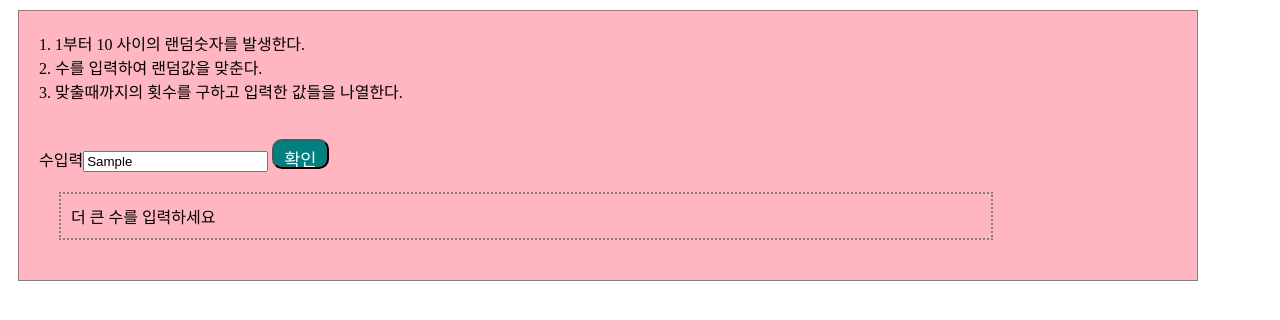
Repository: jeje0130/html
Page: webpro/WebContent/0120/랜덤발생맞추기.html
The author's editor kept a copy of each file at every save. The page is drawn from the files as they stood at one save, then again after the next save.
The browser window is 1280 px wide. The pictures show the whole page.
Empty fields were first filled with sample values (such as "Sample", 5 or name@example.com).
After loading, the first visible `input[onclick="proc1()"]` was clicked once.

Above is the page before, as saved 2021-01-20 02:09:57.

### webpro/WebContent/0120/랜덤발생맞추기.html
<!DOCTYPE html>
<html>
<head>
<meta charset="UTF-8">
<title>Insert title here</title>
<link rel = "stylesheet" href = "../css/public.css">
<script>

rand = Math.floor(Math.random()*10 + 1);
coount = 0;
str = ""; //입력한 수를 나열하기 위한 변수

function proc1() {
		//입력한 값 가져오기
		suvalue = document.getElementById('su').value;

		//출력모양
		res = "";

		//비교
		if(suvalue == rand){
			res += "맞췄습니다";
		}else if(suvalue > rand){
			res += "더 작은수를 입력하세요";
		}else{
			res += "더 큰 수를 입력하세요";
		}

		//출력
		document.getElementById('result1').innerHTML = res;
}
</script>
<style>
</style>
</head>
<body>

<div class="box">
	1. 1부터 10 사이의 랜덤숫자를 발생한다.<br>
	2. 수를 입력하여 랜덤값을 맞춘다.<br>
	3. 맞출때까지의 횟수를 구하고 입력한 값들을 나열한다.<br>
 <br><br>
수입력<input type="text" id="su">
<input type="button" value="확인" onclick="proc1()">

<div id="result1"></div>
</div>
</body>
</html>

### webpro/WebContent/css/public.css
@charset "utf-8";

pre {
	background-color : #FFE3EE;
	font-size : 1.2em;
	white-space: pre-wrap; /* 우측 여백 고정, 넘치는 글자 줄바꿈 */

	/*
	pre : 공백은 그대로, 줄바꿈 X
	pre-wrap : 공백은 그대로, 줄바꿈 O
	pre-line : 공백을 여러개줘도 하나만 표시, 줄바꿈 O
	nowrap : 공백을 여러개줘도 하나만 표시, 줄바꿈 X
	 */
}

div.box{
	width : 90%;
	height: auto;
	margin: 10px;
	padding: 20px;
	border: 1px solid gray;
	background: #FFB6C1;
}

.box input[type = button]{
	width: auto;
	height: 30px;
	background: #008080;
	color : white;
	padding: 5px 10px;
	border-radius : 10px;
	font-size: 1.1em;
}

.box div{
	width : 80%;
	height: auto;
	padding: 10px;
	border: 2px dotted gray;
	margin: 20px;
}

After the next save:
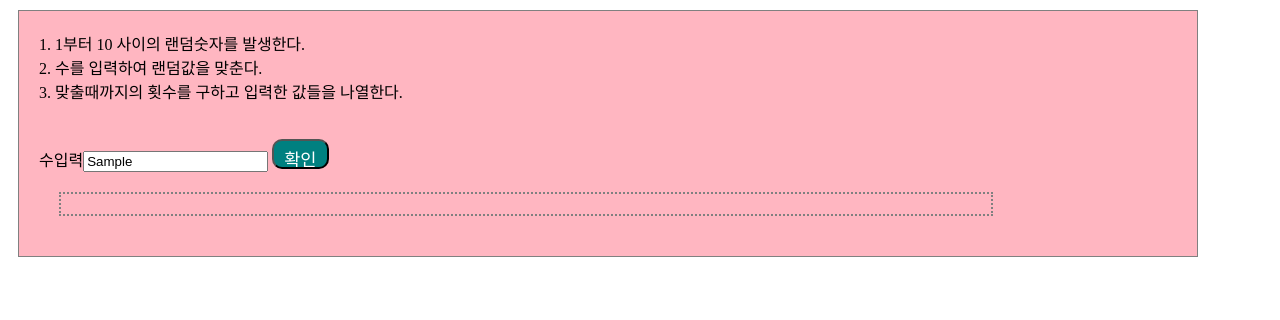
Console error: ReferenceError: count is not defined
Saved 2 min 53 s later.
--- a/webpro/WebContent/0120/랜덤발생맞추기.html
+++ b/webpro/WebContent/0120/랜덤발생맞추기.html
@@ -13,6 +13,9 @@ str = ""; //입력한 수를 나열하기 위한 변수
 function proc1() {
 		//입력한 값 가져오기
 		suvalue = document.getElementById('su').value;
+
+		count++;
+		str += suvalue + " ";
 
 		//출력모양
 		res = "";
